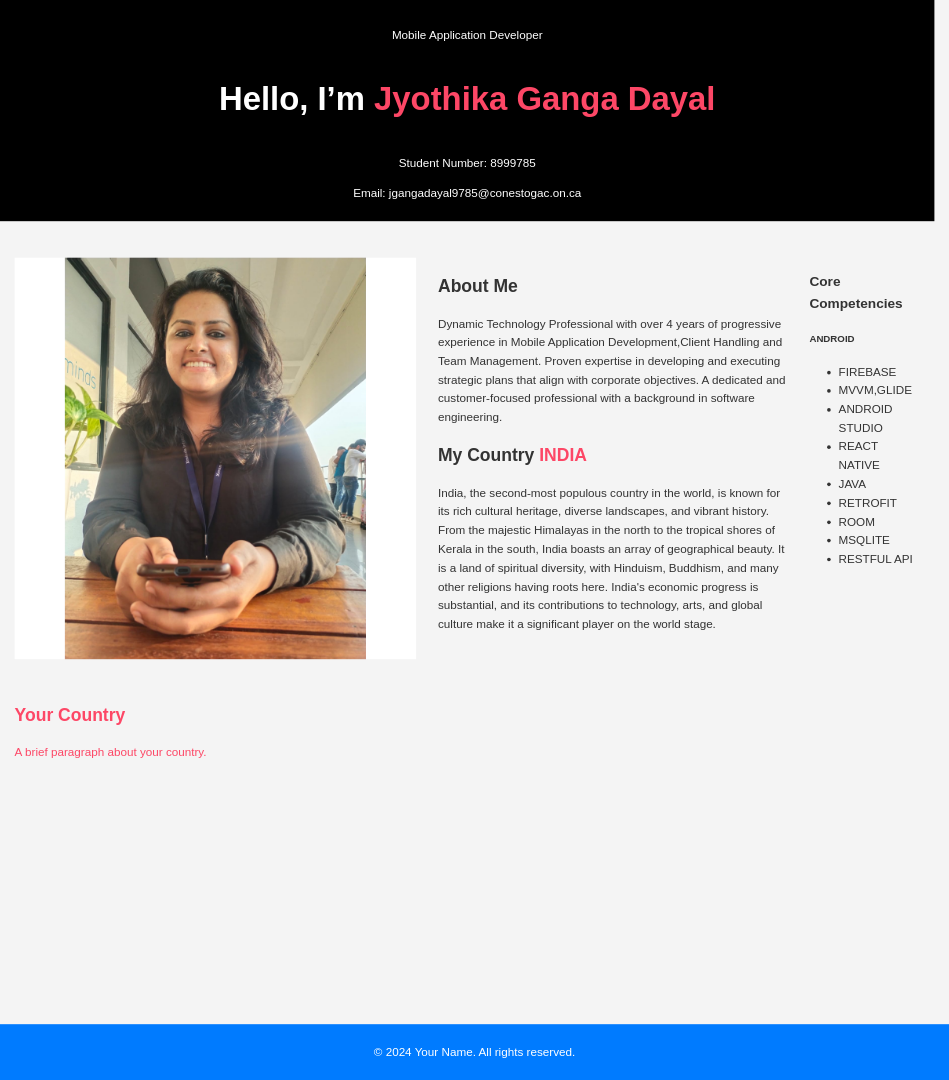
Repository: jyothika123/portfolio
Page: index.html
The author's editor kept a copy of each file at every save. The page is drawn from the files as they stood at one save, then again after the next save.
The browser window is 1280 px wide. The page is 1300 px wide, so the pictures cover 1300 px, including what lies to the right of the window. The pictures show the whole page, at 73% of full size.
Pictures or frames that could not be fetched are drawn as grey boxes.

Above is the page before, as saved 2024-09-22 16:58:15.

After the next save:
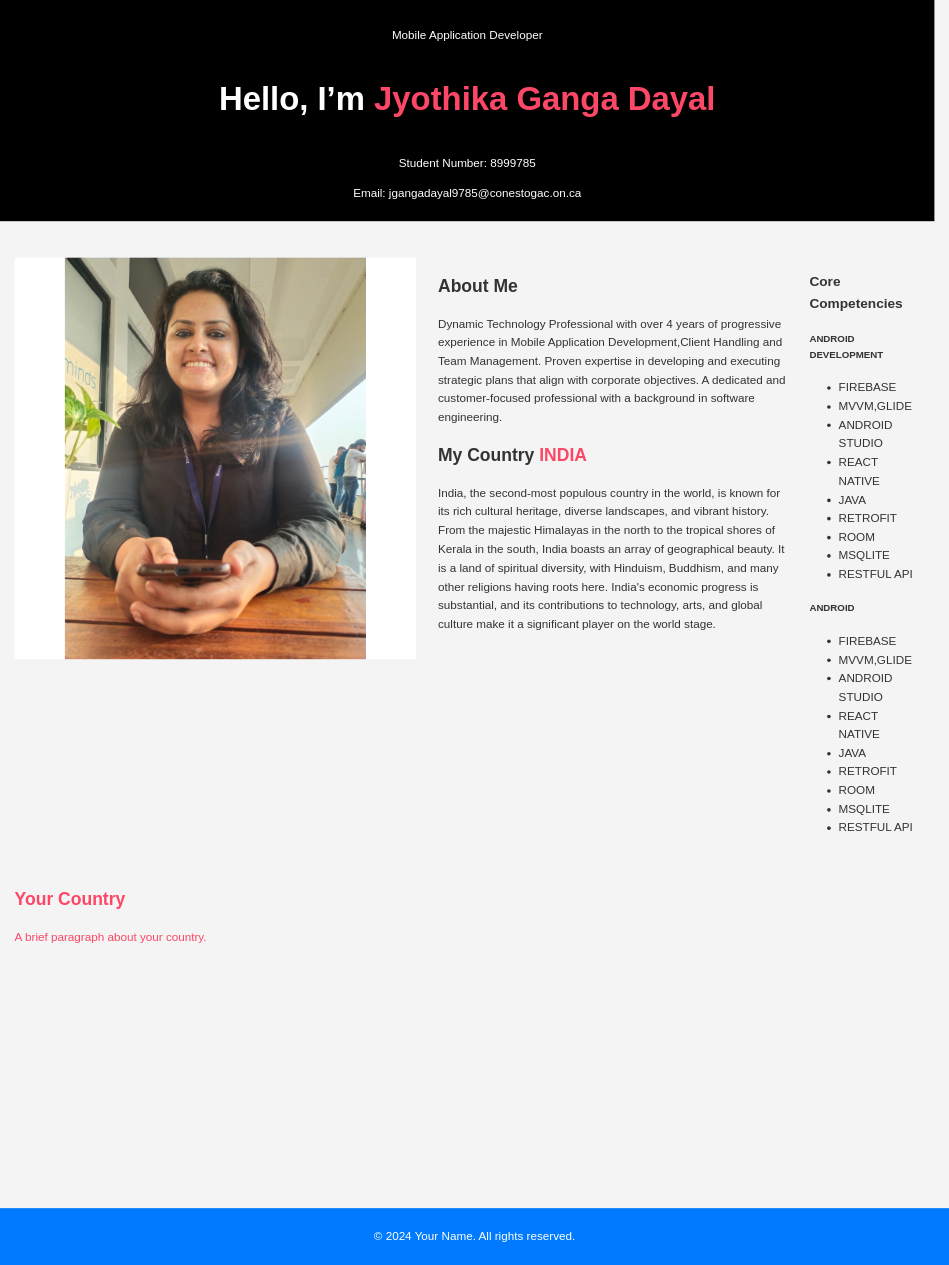
Saved 66 s later.
--- a/index.html
+++ b/index.html
@@ -37,6 +37,18 @@
             </section>
             <section>
                 <h3>Core Competencies</h3>
+                <h5>ANDROID DEVELOPMENT</h5>
+                <ul>
+                    <li>FIREBASE</li>
+                    <li>MVVM,GLIDE</li>
+                    <li>ANDROID STUDIO</li>
+                    <li>REACT NATIVE</li>
+                    <li>JAVA</li>
+                    <li>RETROFIT</li>
+                    <li>ROOM</li>
+                    <li>MSQLITE</li>
+                    <li>RESTFUL API</li>
+                </ul>
                 <h5>ANDROID</h5>
                 <ul>
                     <li>FIREBASE</li>
